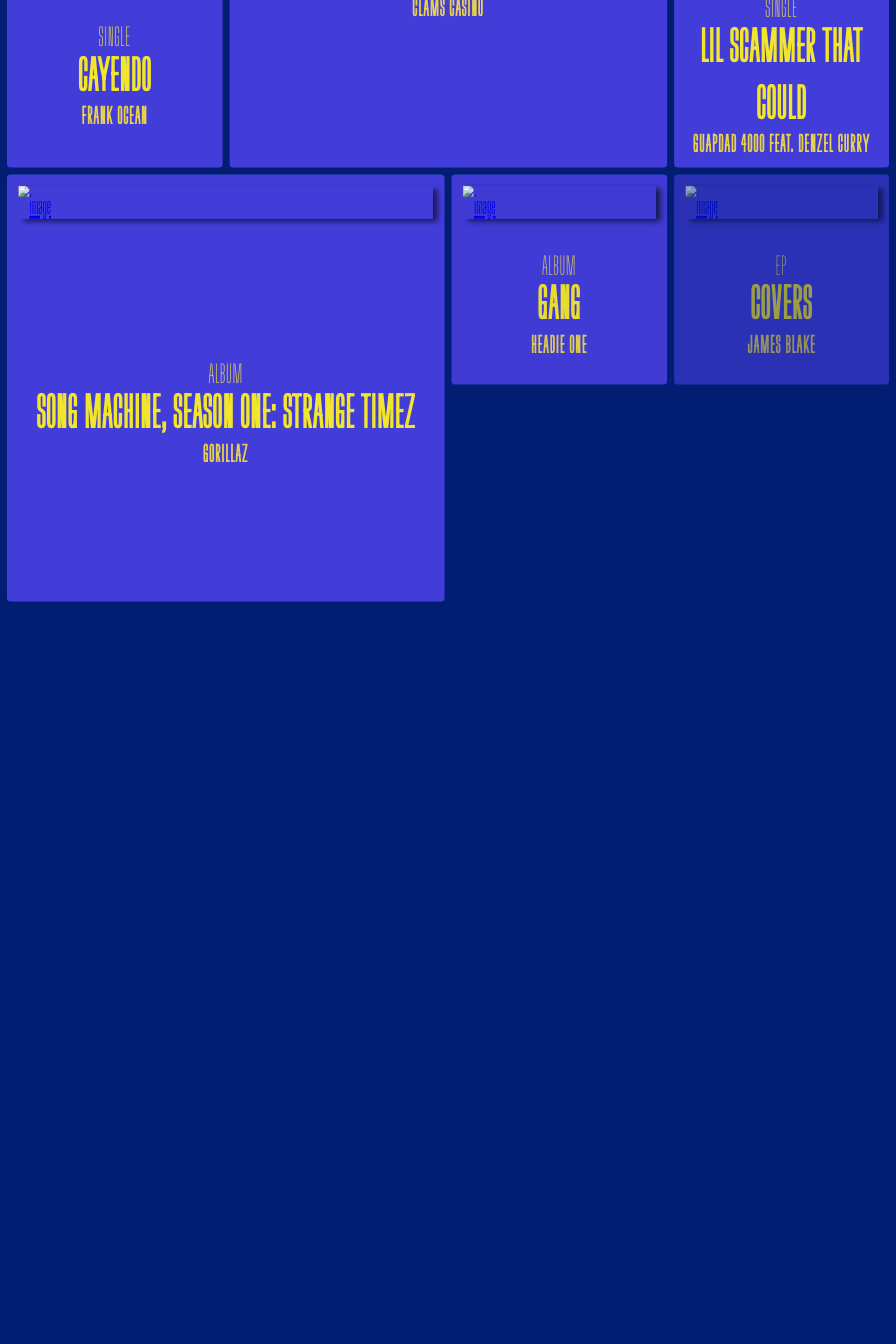
Repository: Spreceriany/musicly2020
Page: /
These files come from the project's save history. The page is drawn as it stood at one moment and after the next save; the edit follows.
The browser window is 1280 px wide. The pictures show the part of the page from y = 2715 to 4635 px (the page is 6055 px tall), at 70% of full size.
Backgrounds fixed to the window are drawn as part of the page. Some web libraries are served in a nearby version. The project was rebuilt for these pictures with package versions that can differ from the ones it lists, and the page was loaded fresh each time.

Above is the page before, as saved 2021-01-17 22:52:38.
Console error: ReferenceError: Blazy is not defined

### index.html
<!doctype html>
<html class="no-js" lang="">

<head>
  <meta charset="utf-8">
  <title></title>
  <meta name="description" content="">
  <meta name="viewport" content="width=device-width, initial-scale=1">

  <meta property="og:title" content="">
  <meta property="og:type" content="">
  <meta property="og:url" content="">
  <meta property="og:image" content="">

  <link rel="manifest" href="site.webmanifest">
  <link rel="apple-touch-icon" href="icon.png">
  <!-- Place favicon.ico in the root directory -->

  <link rel="stylesheet" href="css/main.css">

  <meta name="theme-color" content="#fafafa">
</head>

<body>

  <div class="intro-wrapper">
    <div class="intro-bg" id="intro-bg">

    </div>
    <h3 id="title">
      My favourite albums/singles of <span class="year">2020</span>
    </h3>
    <p id="title-desc">
      A collection of music I've been listening to throughout the year
    </p>
  </div>

  <div class="grid-layout">
    <div class="grid-item grid-item-1">
      <div class="image-container  data-tilt data-tilt-glare data-tilt-max-glare="0.8"">

        <a href="https://open.spotify.com/album/6wTyGUWGCilBFZ837k5aRi">
          <img data-src="img/21savage.jpg" class="b-lazy" alt="image">
        </a>
      </div>
      <div class="album-disc">
        <a href="https://open.spotify.com/album/6wTyGUWGCilBFZ837k5aRi">
          <p>Album</p>
          <h2>Savage Mode ||</h2>
          <h3>21 Savage & Metro Boomin</h3>
        </a>
      </div>
    </div>
    <div class="grid-item grid-item-2 ">
      <div class="image-container data-tilt-glare ">
        <a href="https://open.spotify.com/album/4yP0hdKOZPNshxUOjY0cZj">
        <img data-src="img/Weekend-After-Hours-p.jpg" alt="image" class="b-lazy">
      </a>
      </div>
      <div class="album-disc">
        <a href="https://open.spotify.com/album/4yP0hdKOZPNshxUOjY0cZj">
        <p>Album</p>
        <h2>After Hours</h2>
        <h3>The Weeknd</h3>
      </a>
      </div>
    </div>

    <div class="grid-item grid-item-4">
      <div class="image-container">
        <a href="https://open.spotify.com/album/7h4cJfXQZMUCzHdqh25ye6?highlight=spotify:track:5QAUGlyYPPnis3e8ln0qiz">
        <img data-src="img/jpegmafia.jpg" class="b-lazy"  alt="image" >
      </a>
      </div>
      <div class="album-disc">
        <a href="https://open.spotify.com/album/7h4cJfXQZMUCzHdqh25ye6?highlight=spotify:track:5QAUGlyYPPnis3e8ln0qiz">
        <p>Single</p>
        <h2>BALD!</h2>
        <h3>JPEGMAFIA</h3>
        </a>
      </div>
    </div>
    <div class="grid-item span-2 grid-item-5">
      <div class="image-container">
        <a href="https://open.spotify.com/album/3dkB97Zw0sisRWTn0Wokjg?highlight=spotify:track:20wMPnqHdNdBWaKRaMM7fD">
        <img data-src="img/slowthai-feel-away.jpg" class="b-lazy" alt="image" >
      </a>
      </div>
      <div class="album-disc">
        <a href="https://open.spotify.com/album/3dkB97Zw0sisRWTn0Wokjg?highlight=spotify:track:20wMPnqHdNdBWaKRaMM7fD">
        <p>Single</p>
        <h2>Feel Away</h2>
        <h3>Slowthai feat. James Blake</h3>
      </a>
      </div>
    </div>
    <div class="grid-item grid-item-6">
      <div class="image-container">
        <a href="https://open.spotify.com/album/121Hqnfr9tMBdL0LJuIstL">
        <img data-src="img/dawson.jpg" class="b-lazy"  alt="image" >
      </a>
      </div>
      <div class="album-disc">
        <a href="https://open.spotify.com/album/121Hqnfr9tMBdL0LJuIstL">
        <p>Album</p>
        <h2>Pixel Bath</h2>
        <h3>Jean Daawson</h3>
      </a>
      </div>
    </div>
    <div class="grid-item span-2 grid-item-7">
      <div class="image-container">
        <a href="https://open.spotify.com/album/5LsyqeWryTmxsmda4xkm5a">
        <img data-src="img/denzel.jpg" class="b-lazy"  alt="image" >
      </a>
      </div>
      <div class="album-disc">
        <a href="https://open.spotify.com/album/5LsyqeWryTmxsmda4xkm5a">
        <p>Album</p>
        <h2>UNLOCKED</h2>
        <h3>Denzel Curry</h3>
      </a>
      </div>
    </div>
    <div class="grid-item span-2 grid-item-8">
      <div class="image-container">
        <a href="https://open.spotify.com/album/1YZ3k65Mqw3G8FzYlW1mmp">
        <img data-src="img/circles.jpeg" class="b-lazy" alt="image" >
      </a>
      </div>
      <div class="album-disc">
        <a href="https://open.spotify.com/album/1YZ3k65Mqw3G8FzYlW1mmp">
        <p>Album</p>
        <h2>Circles</h2>
        <h3>Mac Miller</h3>
      </a>
      </div>
    </div>
    <div class="grid-item span-2 grid-item-9">

      <div class="image-container">
        <a href="https://open.spotify.com/album/31qVWUdRrlb8thMvts0yYL">
        <img data-src="img/tame_impala.jpg" class="b-lazy" alt="image" >
      </a>
      </div>
      <div class="album-disc">
        <a href="https://open.spotify.com/album/31qVWUdRrlb8thMvts0yYL">
        <p>Album</p>
        <h2>Slow Rush</h2>
        <h3>Tame Impala</h3>
      </a>
      </div>
    </div>
    <div class="grid-item grid-item-10">

      <div class="image-container">
        <a href="https://open.spotify.com/album/3SucuvOplRzjCm602c5XuK">
         <img data-src="img/berwyn.jpg" class="b-lazy" alt="image" >
        </a>
      </div>
      <div class="album-disc">
        <a href="https://open.spotify.com/album/3SucuvOplRzjCm602c5XuK">
        <p>Album</p>
        <h2>Demotape/Vega</h2>
        <h3>Berwyn</h3>
      </a>
      </div>

    </div>
    <div class="grid-item grid-item-11 span-2">
      <div class="image-container">
        <a href="https://open.spotify.com/album/66eXLlqksAwNndmHaHWtCq">
        <img data-src="img/clams_casino.jpg" class="b-lazy" alt="image" >
      </a>
      </div>
      <div class="album-disc">
        <a href="https://open.spotify.com/album/66eXLlqksAwNndmHaHWtCq">
        <p>Album</p>
        <h2>Intrumental Relics</h2>
        <h3>Clams Casino</h3>
      </a>
      </div>
    </div>
    <div class="grid-item span-2 grid-item-12">
      <div class="image-container">
        <a href="https://open.spotify.com/album/5I9K0u8r52jp4Y2bF8mOaz">
        <img data-src="img/gorillaz.jpg" class="b-lazy" alt="image" >
      </a>
      </div>
      <div class="album-disc">
        <a href="https://open.spotify.com/album/5I9K0u8r52jp4Y2bF8mOaz">
        <p>Album</p>
        <h2>Song Machine, Season One: Strange Timez</h2>
        <h3>Gorillaz</h3>
      </a>
      </div>
    </div>
    <div class="grid-item  grid-item-13">
      <div class="image-container">
        <a href="https://open.spotify.com/album/4XPUXLAWXqM3uWMTucItjd?highlight=spotify:track:62ljuuXo0zrcrtJnnOhfxT">
        <img data-src="img/dearapril.jpg" class="b-lazy" alt="image" >
      </a>
      </div>
      <div class="album-disc">
        <a href="https://open.spotify.com/album/4XPUXLAWXqM3uWMTucItjd?highlight=spotify:track:62ljuuXo0zrcrtJnnOhfxT">
        <p>Single</p>
        <h2>Dear April</h2>
        <h3>Frank Ocean</h3>
      </a>
      </div>
    </div>
    <div class="grid-item grid-item-14">
      <div class="image-container">
        <a href="https://open.spotify.com/album/0FAWfXvd58Rm2VUSZMF8pr">
        <img data-src="img/frank_cayendo.jpg" class="b-lazy"  alt="image" >
      </a>
      </div>
      <div class="album-disc">
        <a href="https://open.spotify.com/album/0FAWfXvd58Rm2VUSZMF8pr">
        <p>Single</p>
        <h2>Cayendo</h2>
        <h3>Frank Ocean</h3>
      </a>
      </div>
    </div>
    <div class="grid-item grid-item-15">
      <div class="image-container">
        <a href="https://open.spotify.com/album/7ks5r98qyspJvfoJtXgdj4?highlight=spotify:track:2nSKol7UyxwffI6jLYTuUd">
        <img data-src="img/guapdad.png" class="b-lazy" alt="image" >
      </a>
      </div>
      <div class="album-disc">
        <a href="https://open.spotify.com/album/7ks5r98qyspJvfoJtXgdj4?highlight=spotify:track:2nSKol7UyxwffI6jLYTuUd">
        <p>Single</p>
        <h2>Lil Scammer That Could</h2>
        <h3>Guapdad 4000 feat. Denzel Curry</h3>
      </a>
      </div>
    </div>
    <div class="grid-item grid-item-16">
      <div class="image-container">
        <a href="https://open.spotify.com/album/5971dUyMLcsZa7IBioI7lP?highlight=spotify:track:1iUWofqtdh9FLzZooLBDw2">
        <img data-src="img/headie.jpg" class="b-lazy" alt="image" >
      </a>
      </div>
      <div class="album-disc">
        <a href="https://open.spotify.com/album/5971dUyMLcsZa7IBioI7lP?highlight=spotify:track:1iUWofqtdh9FLzZooLBDw2">
        <p>Album</p>
        <h2>GANG</h2>
        <h3>Headie One</h3>
      </a>
      </div>
    </div>
    <div class="grid-item span-3 grid-item-17">
      <div class="image-container">
        <a href="https://open.spotify.com/album/7saSlN9qdW5wKoN4M9nNRq">
        <img data-src="img/james-blake.jpg" class="b-lazy" alt="image" >
      </a>
      </div>
      <div class="album-disc">
        <a href="https://open.spotify.com/album/7saSlN9qdW5wKoN4M9nNRq">
        <p>Ep</p>
        <h2>Covers</h2>
        <h3>James Blake</h3>
      </a>
      </div>
    </div>
    <div class="grid-item grid-item-18">
      <div class="image-container">
        <a href="https://open.spotify.com/album/5o5xRlwkhpipPC0jGi2Sm2">
        <img data-src="img/jme.jpg" class="b-lazy" alt="image" >
      </a>
      </div>
      <div class="album-disc">
        <a href="https://open.spotify.com/album/5o5xRlwkhpipPC0jGi2Sm2">
        <p>Album</p>
        <h2>Grime MC</h2>
        <h3>JME</h3>
      </a>
      </div>
    </div>
    <div class="grid-item grid-item-19">
      <div class="image-container">
        <a href="">
        <img data-src="img/lute.jpg" class="b-lazy" alt="image" >
      </a>
      </div>
      <div class="album-disc">
        <a href="">
        <p>Single</p>
        <h2>Life</h2>
        <h3>Lute</h3>
      </a>
      </div>
    </div>

    <div class="grid-item  grid-item-21">
      <div class="image-container">
        <a href="https://open.spotify.com/album/4SnWrk06dIt4ynFRLpNX6e">
        <img data-src="img/mick.png" class="b-lazy" alt="image" >
      </a>
      </div>
      <div class="album-disc">
        <a href="https://open.spotify.com/album/4SnWrk06dIt4ynFRLpNX6e">
        <p>Album</p>
        <h2>The Circus</h2>
        <h3>Mick Jenkins</h3>
      </a>
      </div>

    </div>
    <div class="grid-item span-2 grid-item-20">
      <div class="image-container">
        <a href="https://open.spotify.com/album/6a8GwYiEMrXgMvZBvuBXrt">
        <img data-src="img/limbo_amine.jpg" class="b-lazy" alt="image" >
      </a>
      </div>
      <div class="album-disc">
        <a href="https://open.spotify.com/album/6a8GwYiEMrXgMvZBvuBXrt">
        <p>Album</p>
        <h2>Limbo</h2>
        <h3>Amine</h3>
      </a>
      </div>
    </div>
    <div class="grid-item span-2 grid-item-22">
      <div class="image-container">
        <a href="https://open.spotify.com/album/35CHoLB0GEwYlOomriifC6">
        <img data-src="img/moses.jpg" class="b-lazy" alt="image" >
      </a>
      </div>
      <div class="album-disc">
        <a href="https://open.spotify.com/album/35CHoLB0GEwYlOomriifC6">
        <p>Album</p>
        <h2>grae</h2>
        <h3>Moses Sumney</h3>
      </a>
      </div>
    </div>
    <div class="grid-item grid-item-23">
      <div class="image-container">
        <a href="">
        <img data-src="img/mustafa.png" class="b-lazy" alt="image" >
      </a>
      </div>
      <div class="album-disc">
        <a href="">
        <p>Single</p>
        <h2>Air Forces</h2>
        <h3>Mustafa</h3>
      </a>
      </div>
    </div>
    <div class="grid-item grid-item-24">
      <div class="image-container">
        <a href="">
        <img data-src="img/platinum falcon.jpg" class="b-lazy" alt="image" >
      </a>
      </div>
      <div class="album-disc">
        <a href="">
        <p>Album</p>
        <h2>Platinum Falcon</h2>
        <h3>Guapdad 4000</h3>
      </a>
      </div>
    </div>
    <div class="grid-item span-2 grid-item-25">
      <div class="image-container">
        <a href="">
        <img data-src="img/motm3.jpg" class="b-lazy" alt="image" >
      </a>
      </div>
      <div class="album-disc">
        <a href="">
        <p>Album</p>
        <h2>Man on the Moon 3</h2>
        <h3>Kid Cudi</h3>
      </a>
      </div>
    </div>
    <div class="grid-item  grid-item-26">
      <div class="image-container">
        <a href="">
        <img data-src="img/yung_lean.png" class="b-lazy"   alt="image" >
      </a>
      </div>
      <div class="album-disc">
        <a href="">
        <p>Album</p>
        <h2>Starz</h2>
        <h3>Yung Lean</h3>
      </a>
      </div>
    </div>
    <div class="grid-item  grid-item-26">
      <div class="image-container">
        <a href="">
        <img data-src="img/tobi.jpg" class="b-lazy"  alt="image" >
      </a>
      </div>
      <div class="album-disc">
        <a href="">
        <p>EP</p>
        <h2>LINGO STARR</h2>
        <h3>tobi lou</h3>
      </a>
      </div>
    </div>
    <div class="grid-item  grid-item-26">
      <div class="image-container">
        <a href="">
        <img data-src="img/whiterose.jpg" class="b-lazy"  alt="image" >
      </a>
      </div>
      <div class="album-disc">
        <a href="">
        <p>Album</p>
        <h2>white ceiling</h2>
        <h3>whiterosemoxie</h3>
      </a>
      </div>
    </div>
    <div class="grid-item span-2 grid-item-26">
      <div class="image-container">
        <a href="">
        <img data-src="img/spiligion.png" class="b-lazy" alt="image" >
      </a>
      </div>
      <div class="album-disc">
        <a href="">
        <p>Album</p>
        <h2>Spligion</h2>
        <h3>Spillage Village</h3>
      </a>
      </div>
    </div>
    <div class="grid-item  grid-item-26">
      <div class="image-container">
        <a href="">
        <img data-src="img/kota.jpg" class="b-lazy" alt="image" >
      </a>
      </div>
      <div class="album-disc">
        <a href="">
        <p>Album</p>
        <h2>EVERYTHING</h2>
        <h3>Kota the Friend</h3>
      </a>
      </div>
    </div>
    <div class="grid-item  grid-item-26">
      <div class="image-container">
        <a href="">
        <img data-src="img/rapper-weed.jpg" class="b-lazy" alt="image" >
      </a>
      </div>
      <div class="album-disc">
        <a href="">
        <p>Single</p>
        <h2>Rapper Weed</h2>
        <h3>SiR</h3>
      </a>
      </div>
    </div>
    <div class="grid-item span-2 grid-item-27">
      <div class="image-container">
        <a href="">
        <img data-src="img/strokes.jpg" class="b-lazy"  alt="image" >
      </a>
      </div>
      <div class="album-disc">
        <a href="">
        <p>Album</p>
        <h2>The New Abnormal</h2>
        <h3>The Strokes</h3>
      </a>
      </div>
    </div>



  </div>




  <script src="js/vendor/modernizr-3.11.2.min.js"></script>
  <script src="js/plugins.js"></script>
  <script async src="js/main.js"></script>
  <script src="js/blazy.js"></script>
  <script src="https://cdnjs.cloudflare.com/ajax/libs/gsap/3.6.0/gsap.min.js"></script>
  <script src="https://cdnjs.cloudflare.com/ajax/libs/gsap/3.6.0/ScrollTrigger.min.js"></script>
  <script src="js/vanilla-tilt.min.js"></script>
  <!-- Google Analytics: change UA-XXXXX-Y to be your site's ID. -->
  <script>
    var blazy = new Blazy({
      offset:100
    });
  </script>

  <script type="text/javascript">
    if (window.innerWidth > 996) {
      VanillaTilt.init(document.querySelectorAll(".image-container"), {
      max: 10,
      speed: 700,
      glare:true,
      gyroscope:false,


      "max-glare":.6,
    });

    //It also supports NodeList
    VanillaTilt.init(document.querySelectorAll(".image-container"));
      }

  </script>



  <script src="https://www.google-analytics.com/analytics.js" async></script>
</body>

</html>

### css/main.css
@font-face {
  font-family: "Gt Flexa";
  src: url("../css/GT Flexa Regular.ttf");
}

* {
  -webkit-box-sizing: border-box;
          box-sizing: border-box;
  padding: 0;
  margin: 0;
}

body {
  font-family: "GT Flexa", "Segoe UI", Tahoma, Geneva, Verdana, sans-serif;
  -webkit-font-smoothing: antialiased;
  -moz-osx-font-smoothing: grayscale;
  font-display: swap;
}

.grid-layout {
  display: -ms-grid;
  display: grid;
  -ms-grid-columns: (minmax(300px, 1fr))[auto-fill];
      grid-template-columns: repeat(auto-fill, minmax(300px, 1fr));
  grid-gap: 10px;
  grid-auto-rows: minmax(300px, auto);
  grid-auto-flow: dense;
  padding: 10px;
  background-color: #021e73;
}

.grid-item {
  display: -ms-grid;
  display: grid;
  padding: 1rem;
  opacity: 0;
  font-size: 40px;
  -webkit-box-align: stretch;
      -ms-flex-align: stretch;
          align-items: stretch;
  justify-items: center;
  background-color: #423dd9;
  height: 100%;
  -webkit-transform: translateY(30px);
          transform: translateY(30px);
  color: #929796;
  border-radius: 5px;
}

.grid-item h2 {
  color: #f2e52e;
  text-transform: uppercase;
  letter-spacing: 2px;
  margin-top: -12px;
  font-size: 4.2rem;
}

.grid-item h3 {
  color: #e9d249;
  text-transform: uppercase;
  letter-spacing: 2px;
  font-size: 2.2rem;
  font-weight: 700;
}

.grid-item p {
  text-transform: uppercase;
  letter-spacing: 1px;
  color: #cabc69;
}

.grid-item:hover .image-container img {
  -webkit-transform: scale(1.02);
          transform: scale(1.02);
  -webkit-box-shadow: 5px 3px 30px 9px #000000;
  box-shadow: 0px 14px 43px 6px #000000;
}

.grid-item:hover .album-disc {
  -webkit-transform: scale(0.9);
          transform: scale(0.9);
  opacity: 0.8;
}

.span-2 {
  -ms-grid-column-span: 2;
      grid-column-end: span 2;
  -ms-grid-row-span: 2;
      grid-row-end: span 2;
}

@media (max-width: 646px) {
  .grid-layout {
    -ms-grid-columns: 1fr;
        grid-template-columns: 1fr;
  }
  .span-2 {
    grid-column-end: auto;
    grid-row-end: auto;
  }
}

img {
  width: 100%;
  height: auto;
}

.image-container {
  width: 100%;
  display: table;
}

.image-container a {
  display: -webkit-box;
  display: -ms-flexbox;
  display: flex;
}

.image-container img {
  -o-object-fit: cover;
     object-fit: cover;
  -webkit-box-shadow: 7px 4px 8px 0px rgba(0, 0, 0, 0.63);
  box-shadow: 7px 4px 8px 0px rgba(0, 0, 0, 0.63);
  -webkit-transition: -webkit-transform 0.7s ease, -webkit-box-shadow 0.7s ease;
  transition: -webkit-transform 0.7s ease, -webkit-box-shadow 0.7s ease;
  transition: transform 0.7s ease, box-shadow 0.7s ease;
  transition: transform 0.7s ease, box-shadow 0.7s ease, -webkit-transform 0.7s ease, -webkit-box-shadow 0.7s ease;
}

.album-disc {
  width: 100%;
  position: relative;
  display: -webkit-box;
  display: -ms-flexbox;
  display: flex;
  -webkit-box-orient: vertical;
  -webkit-box-direction: normal;
      -ms-flex-direction: column;
          flex-direction: column;
  -webkit-box-align: center;
      -ms-flex-align: center;
          align-items: center;
  -webkit-transition: opacity 0.7s ease, -webkit-transform 0.7s ease;
  transition: opacity 0.7s ease, -webkit-transform 0.7s ease;
  transition: opacity 0.7s ease, transform 0.7s ease;
  transition: opacity 0.7s ease, transform 0.7s ease, -webkit-transform 0.7s ease;
  margin-top: 15px;
}

.album-disc a {
  -ms-flex-item-align: center;
      -ms-grid-row-align: center;
      align-self: center;
  text-decoration: none;
  text-align: center;
  position: relative;
}

.intro-wrapper {
  width: 100%;
  min-height: 100vh;
  background-color: #021e73;
  display: -ms-grid;
  display: grid;
  z-index: 10;
  padding: 40px;
  background-position: 60% center;
  place-content: center;
  position: relative;
}

@media only screen and (max-width: 996px) {
  .intro-wrapper .intro-wrapper {
    background-position: left;
  }
}

.intro-wrapper h3 {
  opacity: 0;
  font-weight: 700;
  text-transform: uppercase;
  color: #f2e52e;
  letter-spacing: 3px;
  font-size: max(11vw, 5rem);
}

@media (max-width: 556px) {
  .intro-wrapper h3,
  .intro-wrapper p {
    line-height: 94%;
  }
}

.intro-wrapper p {
  font-size: max(5vw, 3rem);
  color: #e9d249;
  letter-spacing: 2px;
  line-height: 45px;
  opacity: 0;
}

.intro-wrapper .intro-bg {
  position: absolute;
  width: 100%;
  height: 100%;
  background-image: url("../img/sluchatka5.png");
  background-size: cover;
  background-repeat: no-repeat;
  background-position: center;
  background-attachment: fixed;
  z-index: -1;
  opacity: 0;
}

@media only screen and (max-width: 996px) {
  .intro-wrapper .intro-bg {
    background-position: left;
  }
}

.year {
  color: #021e73;
  text-shadow: 1px 0 0 #f2e52e, 0 1px 0 #f2e52e, -1px 0 0 #f2e52e, 0 -1px 0 #f2e52e;
}
/*# sourceMappingURL=main.css.map */

### js/plugins.js
// Avoid `console` errors in browsers that lack a console.
(function() {
  var method;
  var noop = function () {};
  var methods = [
    'assert', 'clear', 'count', 'debug', 'dir', 'dirxml', 'error',
    'exception', 'group', 'groupCollapsed', 'groupEnd', 'info', 'log',
    'markTimeline', 'profile', 'profileEnd', 'table', 'time', 'timeEnd',
    'timeline', 'timelineEnd', 'timeStamp', 'trace', 'warn'
  ];
  var length = methods.length;
  var console = (window.console = window.console || {});

  while (length--) {
    method = methods[length];

    // Only stub undefined methods.
    if (!console[method]) {
      console[method] = noop;
    }
  }
}());

// Place any jQuery/helper plugins in here.

### js/main.js


const timeline = gsap.timeline({defaults: {duration:1}})
gsap.registerPlugin(ScrollTrigger);

var items = document.querySelectorAll('.grid-item')

gsap.utils.toArray('.grid-item').forEach(item =>{
    gsap.to('.grid-item',{
        scrollTrigger:'.grid-item',
        opacity:1,
        stagger:0.3

    })
})


timeline
    .to('#intro-bg',{scale:1,opacity:1,duration:1.5})
    .to('#title',{opacity:1})
    .to('#title-desc',{opacity:1});

Loaded but not shown: js/vendor/modernizr-3.11.2.min.js (library); js/vanilla-tilt.min.js (library); js/blazy.js (370 lines, source omitted)

After the next save:
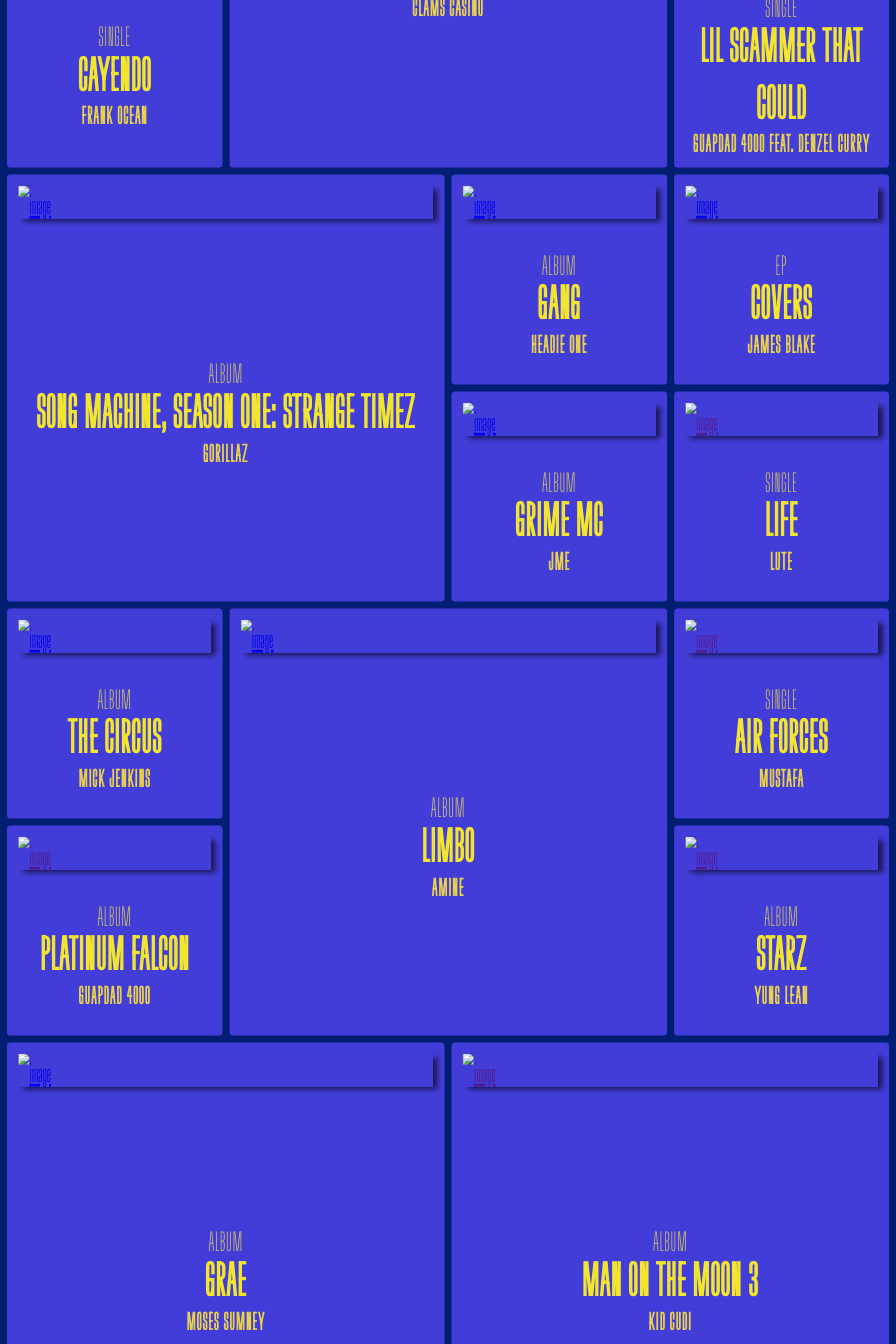
Saved 95 s later.
--- a/js/main.js
+++ b/js/main.js
@@ -6,8 +6,8 @@
 var items = document.querySelectorAll('.grid-item')
 
 gsap.utils.toArray('.grid-item').forEach(item =>{
-    gsap.to('.grid-item',{
-        scrollTrigger:'.grid-item',
+    gsap.to(item,{
+        scrollTrigger:item,
         opacity:1,
         stagger:0.3
 
